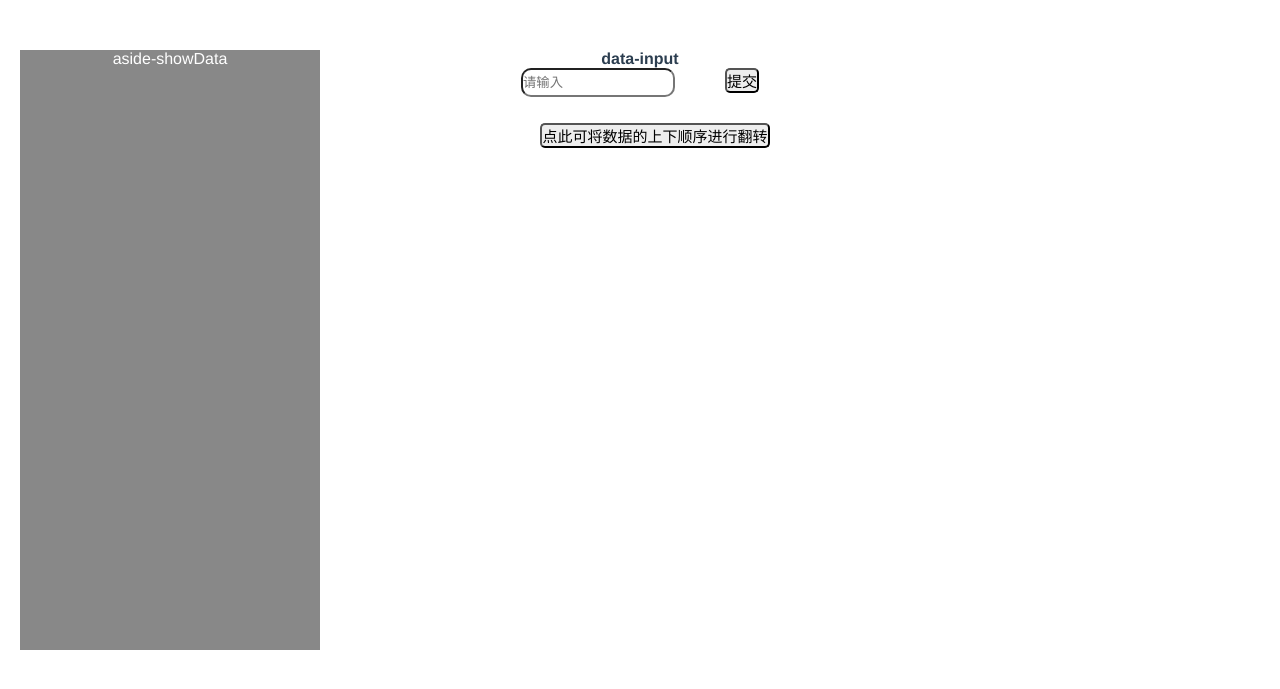
Repository: z-xy-git/demofirst
Page: /
These files come from the project's save history. The page is drawn as it stood at one moment and after the next save; the edit follows.
The browser window is 1280 px wide. The pictures show the whole page.
The project was rebuilt for these pictures with package versions that can differ from the ones it lists, and the page was loaded fresh each time. Also part of the build but not shown: src/views/ShowData.vue, src/views/ReverseShowData.vue.

Above is the page before, as saved 2021-03-01 10:12:01.

### src/router/index.js
import Vue from 'vue'
import VueRouter from 'vue-router'
import Home from '../views/Home.vue'
import ShowData from '../views/ShowData.vue'
import ReverseShowData from '../views/ReverseShowData.vue'

Vue.use(VueRouter)

const routes = [
  {
    path: '',
    redirect: '/home'
  },
  {
    path: '/home',
    name: 'Home',
    component: Home,
    children:[
      {
        path: 'showData',
        component: ShowData
      },
      {
        path: 'reverseShowData',
        component: ReverseShowData
      }
    ]
  },
  // {
    // path: '/showData',
    // name: 'ShowData',
    // route level code-splitting
    // this generates a separate chunk (about.[hash].js) for this route
    // which is lazy-loaded when the route is visited.
    // component: () => import(/* webpackChunkName: "about" */ '../views/ShowData.vue')
  // }
]

const router = new VueRouter({
  mode: 'history',
  base: process.env.BASE_URL,
  routes
})

export default router

### src/store/index.js
import Vue from 'vue'
import Vuex from 'vuex'
import getters from './getters'
import mutations from './mutation'

Vue.use(Vuex)

export default new Vuex.Store({
  state: {
    dataArr: []
  },
  getters,
  mutations,
  actions: {
  },
  modules: {
  }
})

### src/views/Home.vue
<template>
  <div class="home">
    <div class="left">aside-showData</div>
    <div class="right">
      <h4>data-input</h4>
      <input type="text" v-model="inputData"
        placeholder="请输入"
        class="input-style"
        onmouseover="this.select()">
      <button @click="btnclick" class="btn-style">提交</button>
      <div>
        <button @click="reverseItemData" class="btn-style">点此可将数据的上下顺序进行翻转</button>
      </div>
    </div>
    <router-view/>
  </div>
</template>

<script>
// @ is an alias to /src

export default {
  name: 'Home',
  components: {
  },
  data(){
    return{
      inputData: '',
      isgoReverse: true
    }
  },
  methods:{
    btnclick() {
      this.$store.commit('addData',this.inputData);
      this.$router.push('/home/showData');
    },
    reverseItemData(){
      if(this.isgoReverse){
        this.$router.push('/home/reverseShowData');
        this.isgoReverse = false;
      }
      else{
        this.$router.push('/home/showData');
        this.isgoReverse = true;
      }
    }
  }
}
</script>
<style>
  *{
    margin: 0;
    padding: 0;
  }
  .left{
    position: absolute;
    left: 20px;
    top: 50px;
    width: 300px;
    height: 600px;
    background-color: #888;
    color: #fff;
  }
  .right{
    padding: 50px;
  }
  .input-style{
    margin-right: 20px;
    outline: none;
    border-radius: 10px;
    width: 150px;
    height: 25px;
  }
  .btn-style{
    margin: 0 0 30px 30px;
    outline: none;
    border-radius: 5px;
    background-color: #eee;
    font-size: 15px;
  }
</style>

### src/store/getters.js
export default {
  dataArr(state){
    return state.dataArr;
  }
}

### src/store/mutation.js
export default {
  addData(state, payload){
    state.dataArr.push(payload);
  }
}

Loaded but not shown: public/index.html (common file); src/main.js (common file); src/App.vue (common file)

After the next save:
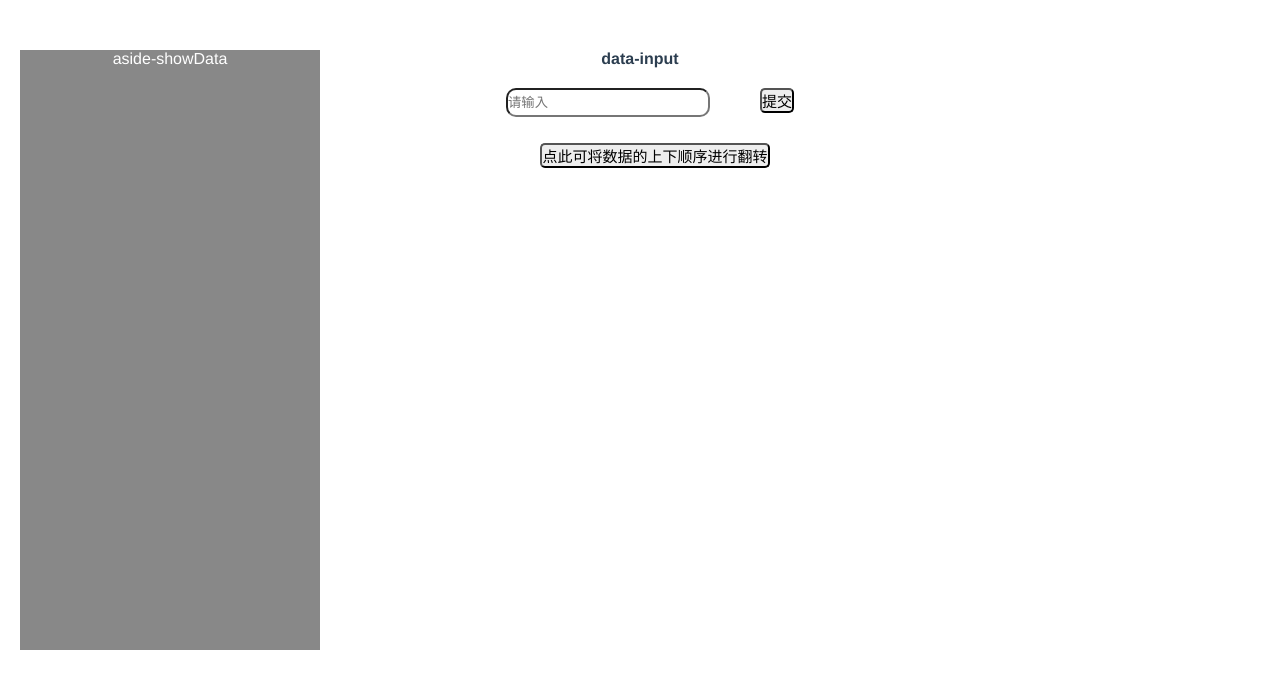
Saved 97 s later.
--- a/src/views/Home.vue
+++ b/src/views/Home.vue
@@ -65,10 +65,10 @@ export default {
     padding: 50px;
   }
   .input-style{
-    margin-right: 20px;
+    margin: 20px;
     outline: none;
     border-radius: 10px;
-    width: 150px;
+    width: 200px;
     height: 25px;
   }
   .btn-style{
